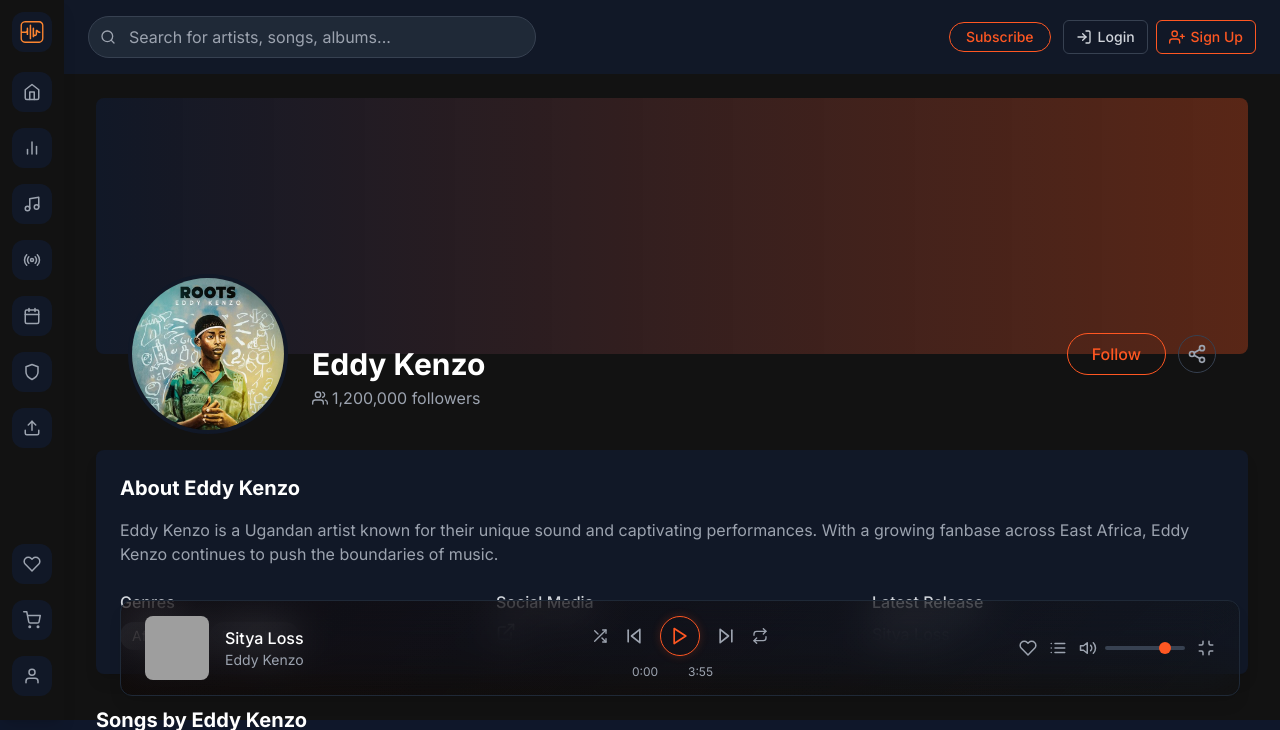
Repository: kaizoku010/sauti-box
Page: /artists/1
The author's editor kept a copy of each file at every save. The page is drawn from the files as they stood at one save, then again after the next save.
The browser window is 1280 px wide. The pictures show the whole page.
Pictures or frames that could not be fetched are drawn as grey boxes. An inner scrolling area shows only its first screen. The project was rebuilt for these pictures with package versions that can differ from the ones it lists, and the page was loaded fresh each time. The framework's server and built-in components were replaced by stand-ins that run in the browser. Also part of the build but not shown: next.config.mjs, next.config.ts, src/components/PaymentModal.tsx.

Above is the page before, as saved 2025-04-20 22:22:03.

### src/app/layout.tsx
import type { Metadata } from "next";
import { Inter } from "next/font/google";
import "./globals.css";

const inter = Inter({
  subsets: ["latin"],
  variable: "--font-inter",
});

export const metadata: Metadata = {
  title: "MusicHub Uganda",
  description: "Your Music, Your Rights, Your Revenue",
};

export default function RootLayout({
  children,
}: Readonly<{
  children: React.ReactNode;
}>) {
  return (
    <html lang="en">
      <body className={`${inter.variable} antialiased`}>
        {children}
      </body>
    </html>
  );
}

### src/app/globals.css
@tailwind base;
@tailwind components;
@tailwind utilities;

:root {
  --background: #0F172A;
  --foreground: #F8FAFC;
  --primary: #3B82F6;
  --secondary: #10B981;
  --accent: #8B5CF6;
}

html, body {
  background: var(--background);
  color: var(--foreground);
  font-family: 'Inter', sans-serif;
  width: 100%;
  height: 100%;
  margin: 0;
  padding: 0;
}

@layer components {
  .sidebar-icon {
    @apply relative flex items-center justify-center mt-2 mb-2 mx-auto
    bg-gray-900 text-gray-400 hover:text-primary
    rounded-xl transition-all duration-300 ease-linear cursor-pointer;
    height: 2.5rem;
    width: 2.5rem;
  }

  .sidebar-icon.active {
    @apply text-primary;
    box-shadow: 0 0 0 2px rgba(255, 87, 34, 0.2);
  }

  .sidebar-tooltip {
    @apply absolute w-auto p-2 m-2 min-w-max left-14 rounded-md shadow-md
    text-white bg-gray-900 text-xs font-bold transition-all duration-100 origin-left;
    transform: scale(0);
  }

  .btn-primary {
    border-radius: 30px !important;
    font-size: 0.8rem !important;
    @apply px-4 py-2 bg-transparent text-primary border border-primary rounded-md hover:bg-primary/10 transition-colors;
  }

  .btn-secondary {
    border-radius: 30px !important;
    font-size: 0.8rem !important;
    @apply px-4 py-2 bg-transparent text-gray-300 border border-gray-700 rounded-md hover:border-primary hover:text-primary transition-colors;
  }

  .btn{
    border-radius: 30px !important;
    font-size: 0.8rem !important;
  }

  .card {
    @apply bg-gray-900 rounded-lg overflow-hidden shadow-lg hover:shadow-xl transition-shadow;
  }

  /* Glass effect for music player */
  .glass-effect {
    @apply backdrop-filter backdrop-blur-xl border border-gray-800;
    background: linear-gradient(135deg, rgba(0, 0, 0, 0.5) 0%, rgba(20, 20, 20, 0.3) 100%);
    box-shadow: 0 8px 32px rgba(0, 0, 0, 0.3), inset 0 0 0 1px rgba(255, 87, 34, 0.15);
    position: relative;
    backdrop-filter: blur(20px) !important;
  }

  .glass-effect::before {
    content: '';
    position: absolute;
    top: 0;
    left: 0;
    right: 0;
    bottom: 0;
    background: linear-gradient(135deg, rgba(255, 87, 34, 0.03) 0%, transparent 100%);
    pointer-events: none;
    z-index: -1;
    border-radius: inherit;
  }

  /* Dropdown styles */
  .dropdown {
    @apply relative inline-block;
  }

  .dropdown-content {
    @apply hidden absolute right-0 mt-2 w-48 bg-gray-800 rounded-md shadow-lg z-50;
  }

  .dropdown:hover .dropdown-content {
    @apply block;
  }

  /* Hide scrollbar for carousel */
  .scrollbar-hide, .no-scrollbar {
    -ms-overflow-style: none;  /* IE and Edge */
    scrollbar-width: none;  /* Firefox */
  }

  .scrollbar-hide::-webkit-scrollbar, .no-scrollbar::-webkit-scrollbar {
    display: none; /* Chrome, Safari, Opera */
  }

  /* Particle animation for hero section */
  @keyframes float {
    0% {
      transform: translateY(0) translateX(0);
      opacity: 0;
    }
    50% {
      opacity: 1;
    }
    100% {
      transform: translateY(-100px) translateX(20px);
      opacity: 0;
    }
  }
}

### src/components/MainLayout.tsx
"use client";

import React, { ReactNode } from 'react';
import Sidebar from './Sidebar';
import Header from './Header';
import MusicPlayer from './MusicPlayer';
import { MusicPlayerProvider } from '../context/MusicPlayerContext';

interface MainLayoutProps {
  children: ReactNode;
}

const MainLayout: React.FC<MainLayoutProps> = ({ children }) => {
  // Mobile responsiveness is now handled with Tailwind classes

  // Music player is now managed through context

  return (
    <MusicPlayerProvider>
      <div className="flex h-screen bg-background text-white w-full">
        <Sidebar />

        <div className="flex-1 ml-16">
          <Header />

          <main className="p-2 sm:p-4 md:p-6 h-[calc(100vh-64px)] overflow-y-auto w-full">
            {children}
          </main>

          <MusicPlayer />
        </div>
      </div>
    </MusicPlayerProvider>
  );
};

export default MainLayout;

### src/components/MusicCard.tsx
"use client";

import React, { useState } from 'react';
import { FiPlay, FiHeart, FiShoppingCart } from 'react-icons/fi';
import Link from 'next/link';
import PaymentModal from './PaymentModal';

interface MusicCardProps {
  id: string;
  title: string;
  artist: string;
  artistId?: string;
  coverImage: string;
  type?: 'song' | 'album' | 'playlist';
  price?: number;
}

const MusicCard: React.FC<MusicCardProps> = ({
  id,
  title,
  artist,
  artistId = '1', // Default to first artist if not provided
  coverImage,
  type = 'song',
  price = 5000 // Default price in UGX if not provided
}) => {
  const [isPaymentModalOpen, setIsPaymentModalOpen] = useState(false);
  const [isLiked, setIsLiked] = useState(false);

  const handleBuyClick = (e: React.MouseEvent) => {
    e.stopPropagation(); // Prevent triggering parent click events
    setIsPaymentModalOpen(true);
  };

  const handlePaymentComplete = () => {
    // Here you would update the user's library
    console.log(`Song ${id} purchased successfully`);
  };

  const toggleLike = (e: React.MouseEvent) => {
    e.stopPropagation();
    setIsLiked(!isLiked);
  };

  return (
    <>
      <div className="card group relative">
        <div className="relative aspect-square overflow-hidden rounded-lg">
          <img
            src={coverImage}
            alt={`${title} by ${artist}`}
            className="object-cover w-full h-full transition-transform duration-300 group-hover:scale-110"
          />
          <div className="absolute inset-0 bg-black bg-opacity-40 opacity-0 group-hover:opacity-100 transition-opacity flex items-center justify-center">
            <button className="w-12 h-12 rounded-full border border-primary flex items-center justify-center text-primary hover:bg-primary/10">
              <FiPlay size={24} />
            </button>
          </div>
        </div>
        <div className="p-3">
          <h3 className="font-medium text-white truncate">{title}</h3>
          <Link href={`/artists/${artistId}`} className="block">
            <p className="text-sm text-gray-400 truncate hover:text-primary">{artist}</p>
          </Link>
          <div className="flex items-center justify-between mt-2">
            <div className="flex items-center">
              <span className="text-xs text-gray-500 capitalize mr-2">{type}</span>
              {price > 0 && (
                <span className="text-xs font-medium text-primary">UGX {price.toLocaleString()}</span>
              )}
            </div>
            <div className="flex items-center space-x-2">
              <button
                onClick={toggleLike}
                className={`${isLiked ? 'text-red-500' : 'text-gray-400 hover:text-red-500'} transition-colors`}
              >
                <FiHeart size={16} />
              </button>
              {type === 'song' && price > 0 && (
                <button
                  onClick={handleBuyClick}
                  className="text-gray-400 hover:text-primary transition-colors"
                  title="Buy song"
                >
                  <FiShoppingCart size={16} />
                </button>
              )}
            </div>
          </div>
        </div>
      </div>

      {isPaymentModalOpen && (
        <PaymentModal
          isOpen={isPaymentModalOpen}
          onClose={() => setIsPaymentModalOpen(false)}
          songId={id}
          artistId={artistId}
          songTitle={title}
          artistName={artist}
          price={price}
          coverImage={coverImage}
          onPaymentComplete={handlePaymentComplete}
        />
      )}
    </>
  );
};

export default MusicCard;

### src/data/mockData.ts
// Mock data for MusicHub Uganda app

// Mock data for MusicHub Uganda app
import Image1 from "../images/1.jpg";
import Image2 from "../images/2.jpg";
import Image3 from "../images/3.jpg";
import Image4 from "../images/B.jpg";
import Image5 from "../images/F.jpg";
import Image6 from "../images/n.png";


export const topCharts = [
  {
    id: '1',
    title: 'Sitya Loss',
    artist: 'Eddy Kenzo',
    coverImage: Image1.src,
    type: 'song'
  },
  {
    id: '2',
    title: 'Stamina',
    artist: 'Fik Fameica',
    coverImage: Image2.src,
    type: 'song'
  },
  {
    id: '3',
    title: 'Love Yo',
    artist: 'Sheebah Karungi',
    coverImage: Image3.src,
    type: 'song'
  },
  {
    id: '4',
    title: 'Fire Baby',
    artist: 'Winnie Nwagi',
    coverImage: Image2.src,
    type: 'song'
  },
  {
    id: '5',
    title: 'Midnight Drum',
    artist: 'Azawi',
    coverImage: Image2.src,
    type: 'song'
  }
];

export const upcomingEvents = [
  {
    id: '1',
    title: 'Nyege Nyege Festival',
    date: 'Sep 15, 2025',
    location: 'Jinja, Uganda',
    image: Image6.src,
    price: 'UGX 150,000'
  },
  {
    id: '2',
    title: 'Kampala Music Festival',
    date: 'Aug 5, 2025',
    location: 'Lugogo Cricket Oval',
    image: Image4.src,
    price: 'UGX 80,000'
  },
  {
    id: '3',
    title: 'Blankets & Wine',
    date: 'Jul 12, 2025',
    location: 'Lugogo Cricket Oval',
    image: Image5.src,
    price: 'UGX 100,000'
  }
];

export const newReleases = [
  {
    id: '6',
    title: 'Slow Down',
    artist: 'Azawi',
    coverImage: Image2.src,
    type: 'song'
  },
  {
    id: '7',
    title: 'Party',
    artist: 'Vinka',
    coverImage: Image3.src,
    type: 'song'
  },
  {
    id: '8',
    title: 'All Night',
    artist: 'Fik Fameica',
    coverImage: Image2.src,
    type: 'song'
  },
  {
    id: '9',
    title: 'Yo Sweet',
    artist: 'Sheebah Karungi',
    coverImage: Image3.src,
    type: 'song'
  },
  {
    id: '10',
    title: 'Burn',
    artist: 'John Blaq',
    coverImage: Image2.src,
    type: 'song'
  }
];

export const featuredArtists = [
  {
    id: '1',
    name: 'Eddy Kenzo',
    image: Image1.src,
    followers: 1200000
  },
  {
    id: '2',
    name: 'Sheebah',
    image: Image3.src,
    followers: 980000
  },
  {
    id: '3',
    name: 'Azawi',
    image: Image2.src,
    followers: 750000
  },
  {
    id: '4',
    name: 'Fik Fameica',
    image: Image2.src,
    followers: 820000
  },
  {
    id: '5',
    name: 'Winnie Nwagi',
    image: Image4.src,
    followers: 680000
  },
  {
    id: '6',
    name: 'Spice Diana',
    image: Image3.src,
    followers: 720000
  }
];

export const topAlbums = [
  {
    position: 1,
    id: '1',
    title: 'Stamina',
    artist: 'Fik Fameica',
    coverImage: Image2.src,
    releaseDate: '2025',
    isLiked: true
  },
  {
    position: 2,
    id: '2',
    title: 'African Music',
    artist: 'Eddy Kenzo',
    coverImage: Image1.src,
    releaseDate: '2024',
    isLiked: false
  },
  {
    position: 3,
    id: '3',
    title: 'Samali',
    artist: 'Azawi',
    coverImage: Image2.src,
    releaseDate: '2025',
    isLiked: true
  },
  {
    position: 4,
    id: '4',
    title: 'Fire',
    artist: 'Winnie Nwagi',
    coverImage: Image4.src,
    releaseDate: '2024',
    isLiked: false
  },
  {
    position: 5,
    id: '5',
    title: 'Queen Karma',
    artist: 'Sheebah',
    coverImage: Image3.src,
    releaseDate: '2025',
    isLiked: false
  },
  {
    position: 6,
    id: '6',
    title: 'Amapiano',
    artist: 'Vinka',
    coverImage: Image3.src,
    releaseDate: '2024',
    isLiked: true
  }
];

export const bestPlaylists = [
  {
    id: '1',
    title: 'Ugandan Hits 2025',
    coverImage: Image3.src,
    songCount: 25
  },
  {
    id: '2',
    title: 'Kampala Party Mix',
    coverImage: Image3.src,
    songCount: 18
  },
  {
    id: '3',
    title: 'Ugandan Classics',
    coverImage: Image3.src,
    songCount: 30
  },
  {
    id: '4',
    title: 'New Wave Uganda',
    coverImage: Image3.src,
    songCount: 15
  }
];

export const liveRadioStations = [
  {
    id: '1',
    name: 'Capital FM',
    coverImage: Image3.src,
    frequency: '91.3 FM'
  },
  {
    id: '2',
    title: 'Radio City',
    coverImage: Image3.src,
    frequency: '97.3 FM'
  },
  {
    id: '3',
    title: 'Galaxy FM',
    coverImage: Image3.src,
    frequency: '100.2 FM'
  },
  {
    id: '4',
    title: 'XFM',
    coverImage: Image3.src,
    frequency: '94.8 FM'
  },
  {
    id: '5',
    title: 'Sanyu FM',
    coverImage: Image3,
    frequency: '88.2 FM'
  }
];

### src/components/Header.tsx
"use client";

import React, { useState } from 'react';
import { FiSearch, FiBell, FiUser, FiShoppingCart, FiLogIn, FiUserPlus, FiMusic } from 'react-icons/fi';
import Link from 'next/link';

const Header = () => {
  const [isLoggedIn, setIsLoggedIn] = useState(false);
  const [cartCount, setCartCount] = useState(0);

  return (
    <header className="flex items-center justify-between px-2 sm:px-4 md:px-6 py-4 bg-gray-900 text-white">
      <div className="flex-1">
        <div className="relative">
          <input
            type="text"
            placeholder="Search for artists, songs, albums..."
            className="w-full max-w-md px-2 sm:px-4 py-2 pl-8 sm:pl-10 bg-gray-800 rounded-full text-white focus:outline-none focus:ring-2 focus:ring-primary border border-gray-700 text-sm sm:text-base"
          />
          <FiSearch className="absolute left-3 top-1/2 transform -translate-y-1/2 text-gray-400" />
        </div>
      </div>

      <div className="flex items-center space-x-3">
        <Link href="/subscribe" className="px-4 py-1 border border-primary text-primary rounded-full text-sm font-medium hidden sm:block hover:bg-primary/10">
          Subscribe
        </Link>

        {isLoggedIn ? (
          <>
            <Link href="/cart" className="relative p-2 rounded-full hover:bg-gray-700">
              <FiShoppingCart size={20} />
              {cartCount > 0 && (
                <span className="absolute -top-1 -right-1 w-5 h-5 border border-primary text-primary rounded-full text-xs flex items-center justify-center">
                  {cartCount}
                </span>
              )}
            </Link>

            <button className="relative p-2 rounded-full hover:bg-gray-700">
              <FiBell size={20} />
              <span className="absolute top-0 right-0 w-2 h-2 bg-red-500 rounded-full"></span>
            </button>

            <Link href="/profile" className="flex items-center space-x-2">
              <div className="w-8 h-8 rounded-full bg-gray-600 flex items-center justify-center">
                <FiUser size={16} />
              </div>
              <span className="font-medium text-sm hidden md:block">John Doe</span>
            </Link>
          </>
        ) : (
          <div className="flex items-center space-x-2">
            <div className="dropdown dropdown-end">
              <button className="px-3 py-1.5 border border-gray-700 text-gray-300 hover:border-primary hover:text-primary rounded-md text-sm font-medium flex items-center">
                <FiLogIn className="mr-1.5" size={16} />
                <span className="hidden sm:inline">Login</span>
              </button>
              <div className="dropdown-content hidden group-hover:block absolute right-0 mt-2 w-48 bg-gray-800 rounded-md shadow-lg z-50">
                <Link href="/login" className="block px-4 py-2 hover:bg-gray-700">
                  <FiUser className="inline mr-2" size={16} />
                  User Login
                </Link>
                <Link href="/artist/login" className="block px-4 py-2 hover:bg-gray-700">
                  <FiMusic className="inline mr-2" size={16} />
                  Artist Login
                </Link>
              </div>
            </div>

            <div className="dropdown dropdown-end">
              <button className="px-3 py-1.5 border border-primary text-primary hover:bg-primary/10 rounded-md text-sm font-medium flex items-center">
                <FiUserPlus className="mr-1.5" size={16} />
                <span className="hidden sm:inline">Sign Up</span>
              </button>
              <div className="dropdown-content hidden group-hover:block absolute right-0 mt-2 w-48 bg-gray-800 rounded-md shadow-lg z-50">
                <Link href="/register" className="block px-4 py-2 hover:bg-gray-700">
                  <FiUser className="inline mr-2" size={16} />
                  User Sign Up
                </Link>
                <Link href="/artist/register" className="block px-4 py-2 hover:bg-gray-700">
                  <FiMusic className="inline mr-2" size={16} />
                  Artist Sign Up
                </Link>
              </div>
            </div>
          </div>
        )}
      </div>
    </header>
  );
};

export default Header;

### src/context/MusicPlayerContext.tsx
"use client";

import React, { createContext, useContext, useState, useEffect, ReactNode } from 'react';

interface Song {
  id: string;
  title: string;
  artist: string;
  artistId?: string;
  coverImage: string;
  audioUrl?: string;
  duration: number;
}

interface MusicPlayerContextType {
  currentSong: Song | null;
  isPlaying: boolean;
  isMinimized: boolean;
  setCurrentSong: (song: Song | null) => void;
  setIsPlaying: (isPlaying: boolean) => void;
  togglePlay: () => void;
  toggleMinimize: () => void;
}

const MusicPlayerContext = createContext<MusicPlayerContextType | undefined>(undefined);

export const MusicPlayerProvider: React.FC<{ children: ReactNode }> = ({ children }) => {
  const [currentSong, setCurrentSong] = useState<Song | null>(null);
  const [isPlaying, setIsPlaying] = useState(false);
  const [isMinimized, setIsMinimized] = useState(false);

  // Load minimized state from localStorage on initial render
  useEffect(() => {
    const storedMinimizedState = localStorage.getItem('musicPlayerMinimized');
    if (storedMinimizedState !== null) {
      setIsMinimized(storedMinimizedState === 'true');
    }

    // Initialize with a default song
    setCurrentSong({
      id: '1',
      title: 'Sitya Loss',
      artist: 'Eddy Kenzo',
      artistId: '1',
      coverImage: '/images/1.jpg',
      audioUrl: '/audio/sample.mp3',
      duration: 235 // 3:55 in seconds
    });
  }, []);

  // Save minimized state to localStorage whenever it changes
  useEffect(() => {
    localStorage.setItem('musicPlayerMinimized', isMinimized.toString());
  }, [isMinimized]);

  const togglePlay = () => {
    setIsPlaying(!isPlaying);
  };

  const toggleMinimize = () => {
    setIsMinimized(!isMinimized);
  };

  return (
    <MusicPlayerContext.Provider
      value={{
        currentSong,
        isPlaying,
        isMinimized,
        setCurrentSong,
        setIsPlaying,
        togglePlay,
        toggleMinimize
      }}
    >
      {children}
    </MusicPlayerContext.Provider>
  );
};

export const useMusicPlayer = () => {
  const context = useContext(MusicPlayerContext);
  if (context === undefined) {
    throw new Error('useMusicPlayer must be used within a MusicPlayerProvider');
  }
  return context;
};

Loaded but not shown: tailwind.config.js (34 lines, source omitted); src/components/MusicPlayer.tsx (258 lines, source omitted); src/components/Sidebar.tsx (140 lines, source omitted); src/app/artists/[id]/page.tsx (190 lines, source omitted)

After the next save:
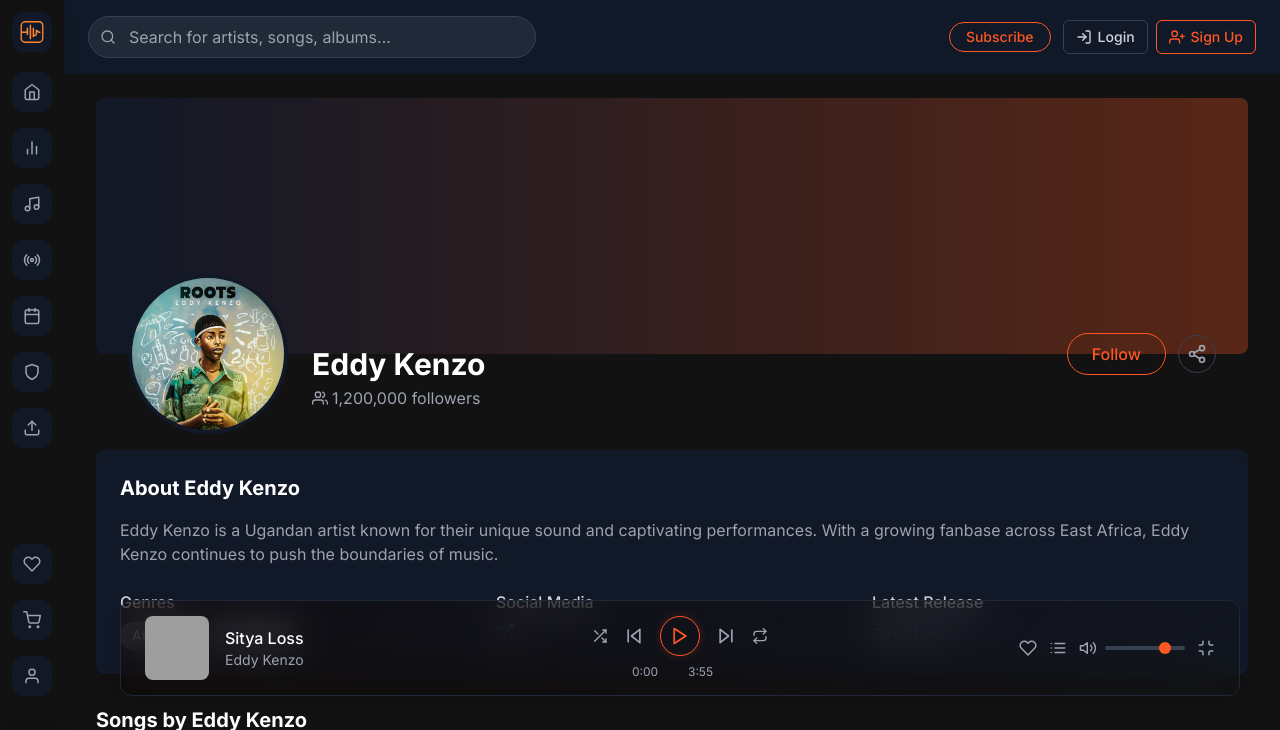
Saved 46 s later.
--- a/src/components/MainLayout.tsx
+++ b/src/components/MainLayout.tsx
@@ -17,7 +17,7 @@
 
   return (
     <MusicPlayerProvider>
-      <div className="flex h-screen bg-background text-white w-full">
+      <div className="flex bg-background text-white w-full">
         <Sidebar />
 
         <div className="flex-1 ml-16">

After the save that followed:
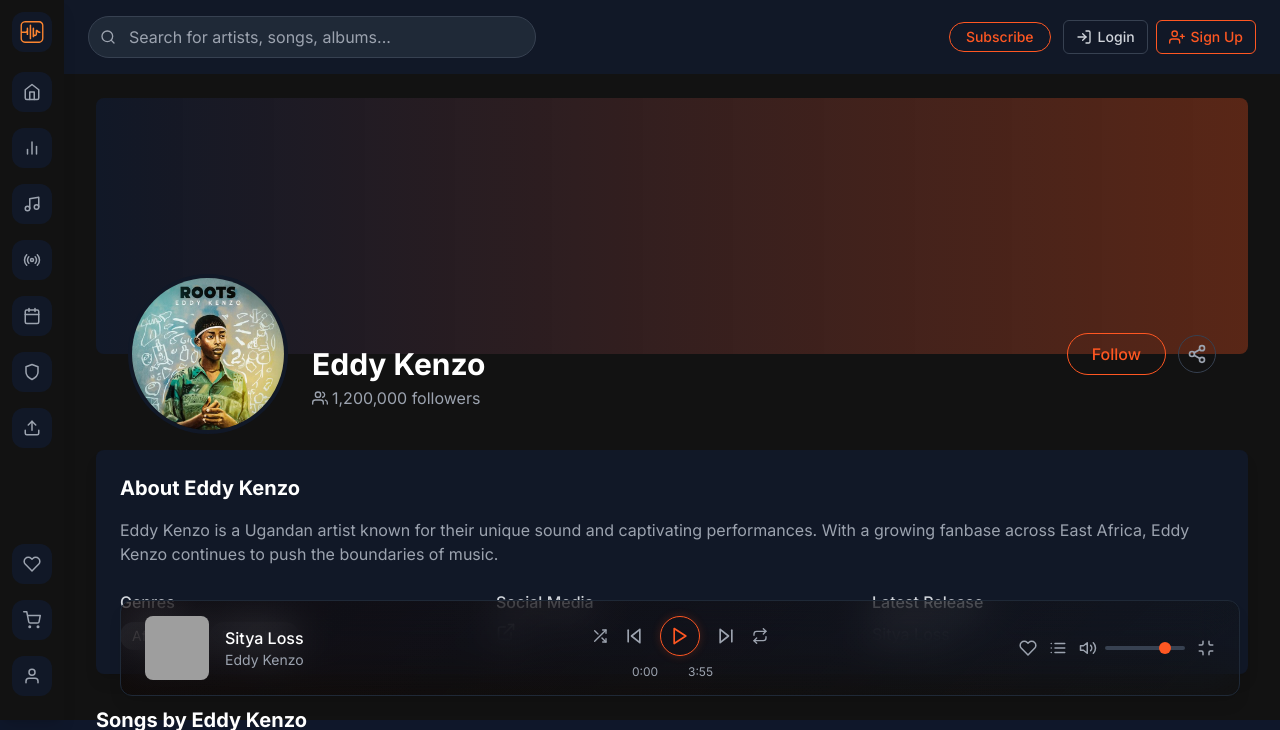
Saved 8 s later.
--- a/src/components/MainLayout.tsx
+++ b/src/components/MainLayout.tsx
@@ -17,7 +17,7 @@
 
   return (
     <MusicPlayerProvider>
-      <div className="flex bg-background text-white w-full">
+      <div className="flex h-screen bg-background text-white w-full">
         <Sidebar />
 
         <div className="flex-1 ml-16">
